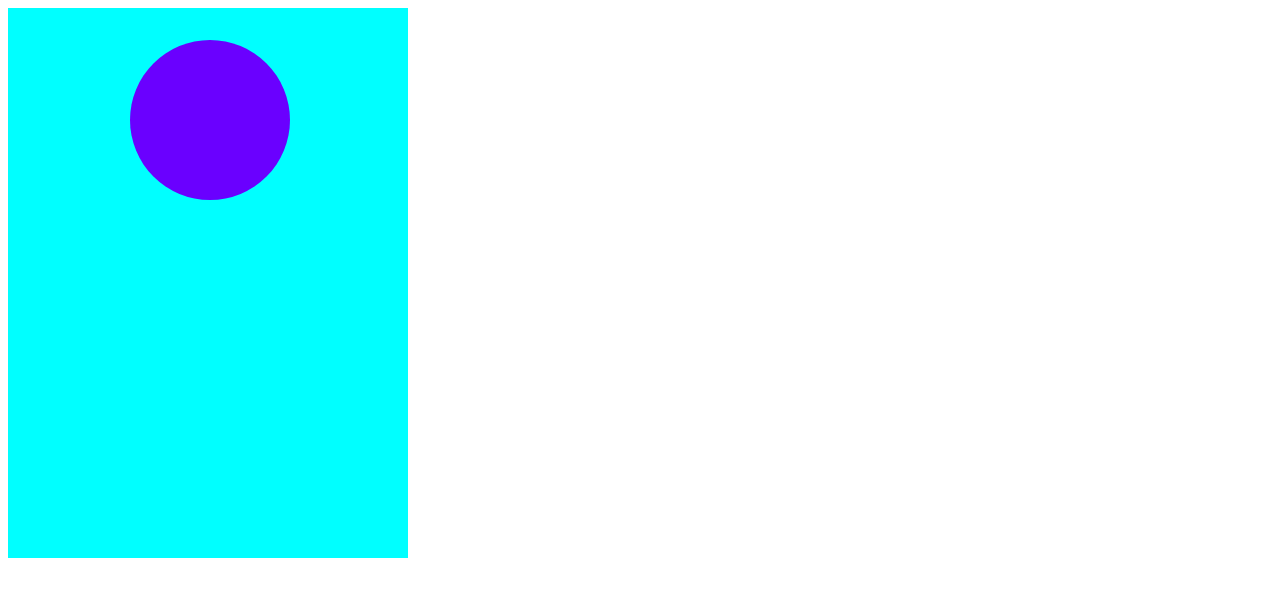
Repository: sara55m/Counter_App
Page: index.html
An editor plug-in stored every save of this project. The page is shown before and after the next save, followed by the edit.
The browser window is 1280 px wide. The pictures show the whole page.

Above is the page before, as saved 2024-07-30 01:36:23.

### index.html
<!DOCTYPE html>
<html lang="en">
<head>
    <meta charset="UTF-8">
    <meta name="viewport" content="width=device-width, initial-scale=1.0">
    <title>Document</title>
    <link rel="stylesheet" href="css/style.css">
</head>
<body>
    <div class="container">
        <div class="main"></div>
        <div class="increase"></div>
        <div class="reset"></div>
    </div>
    <script src="js/script.js"></script>
</body>
</html>

### css/style.css
.container{
    height:550px;
    width:400px;
    background-color: aqua;
}

.main{
    position:absolute;
    top:40px;
    left:130px;
    height:160px;
    width:160px;
    border-radius: 50%;
    background-color: rgb(106, 0, 255);
}

Loaded but not shown: js/script.js (no stored copy; drawn as an empty file)

After the next save:
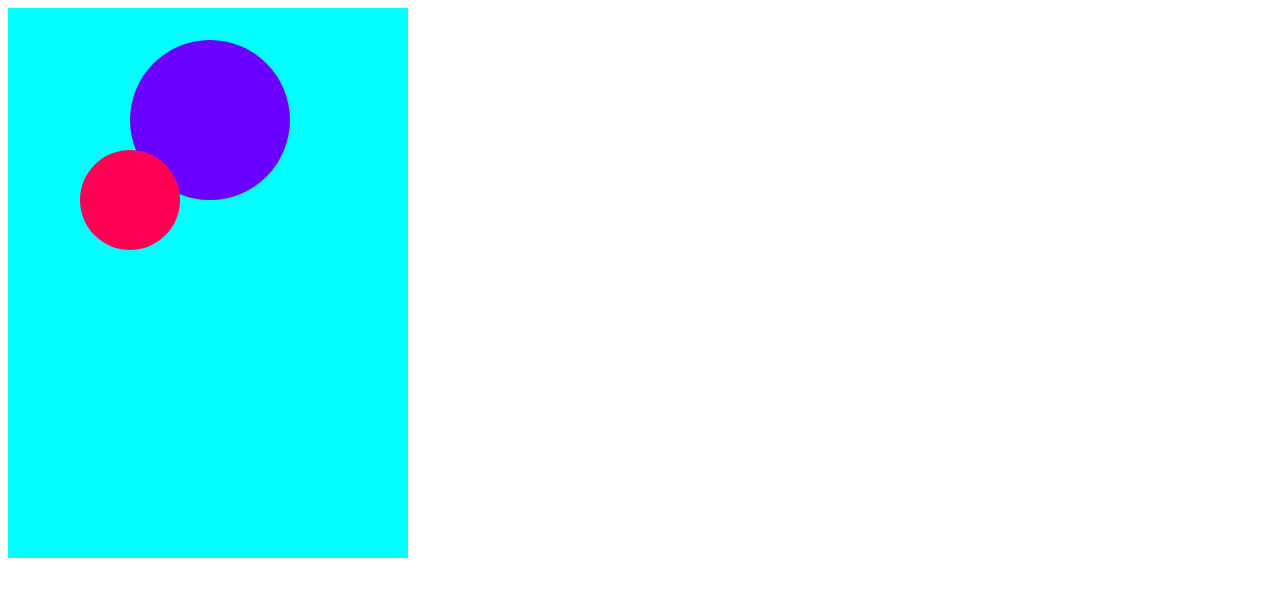
Saved 70 s later.
--- a/css/style.css
+++ b/css/style.css
@@ -13,3 +13,14 @@
     border-radius: 50%;
     background-color: rgb(106, 0, 255);
 }
+
+
+.increase{
+    position:absolute;
+    top:150px;
+    left:80px;
+    height:100px;
+    width:100px;
+    border-radius: 50%;
+    background-color: rgb(255, 0, 85);
+}
